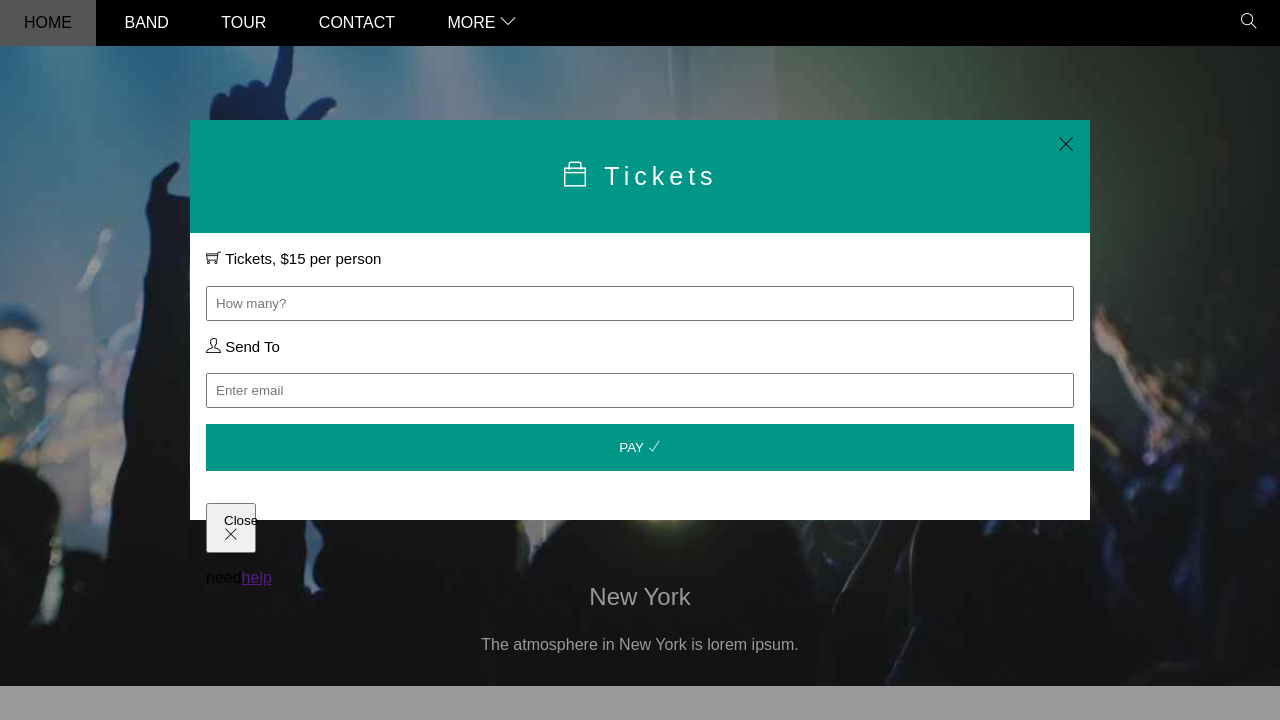
Repository: tung1233hhhhhhhhhhhhh/Website
Page: w3_band/index.html
The author's editor kept a copy of each file at every save. The page is drawn from the files as they stood at one save, then again after the next save.
The browser window is 1280 px wide. The pictures show the window.
A layer covers the whole window, so only the first screen is drawn.

Above is the page before, as saved 2023-02-18 21:50:06.

After the next save:
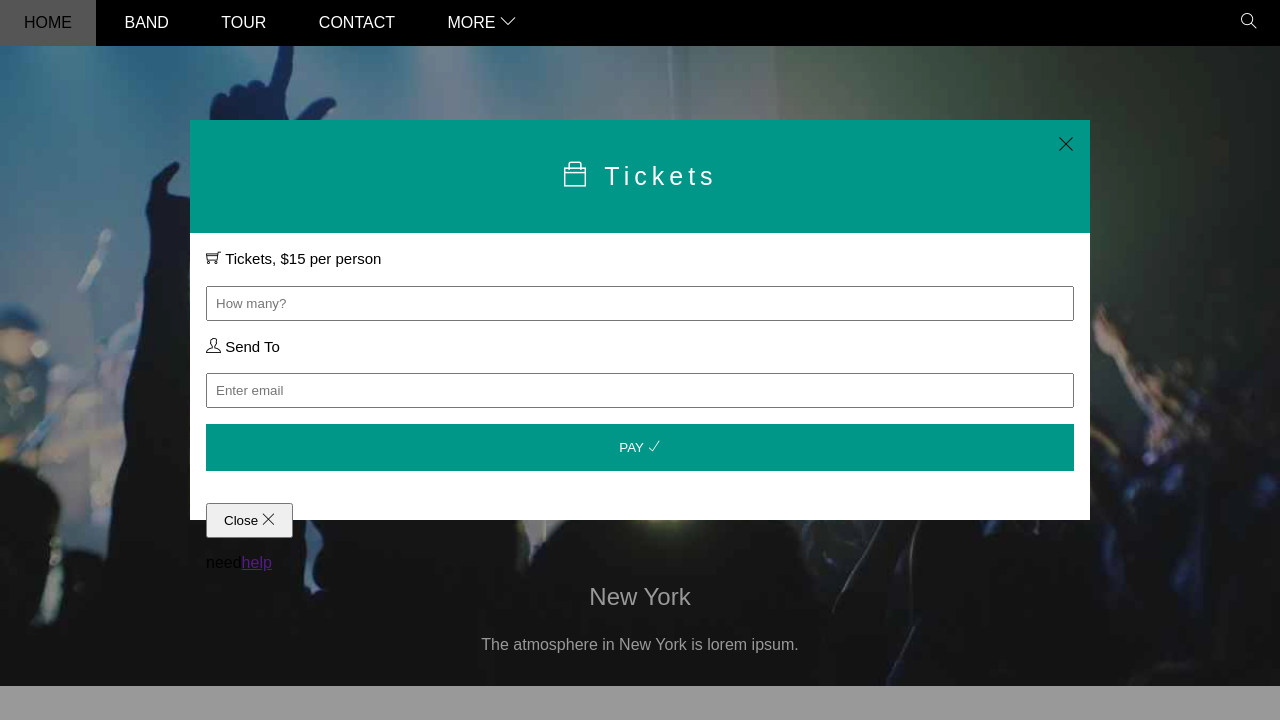
Saved 24 s later.
--- a/w3_band/assets/css/style.css
+++ b/w3_band/assets/css/style.css
@@ -451,8 +451,9 @@
 }
 
 .modal .modal_button-close {
-    width: 50px;
+    /* width: 50px; */
     margin-top: 16px;
     margin-bottom: 16px;
     padding: 8px 16px;
-}
+
+}
